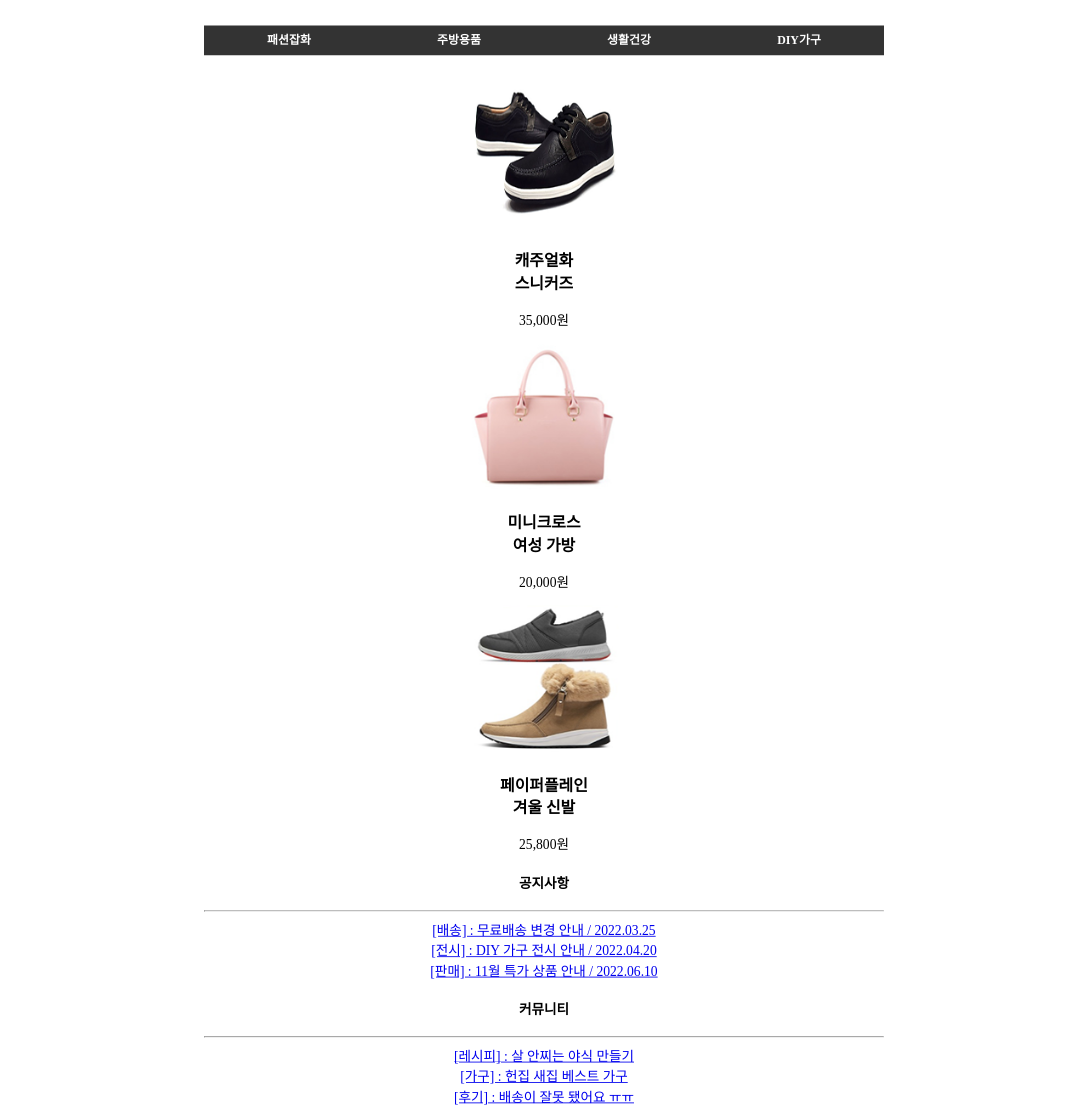
Repository: dudadab/Hhyundaiezwel_Academy
Page: CSS01/src/main/webapp/cssEx.html
These files come from the project's save history. The page is drawn as it stood at one moment and after the next save; the edit follows.
The browser window is 1280 px wide. The pictures show the whole page, at 85% of full size.

Above is the page before, as saved 2025-07-02 07:48:23.

After the next save:
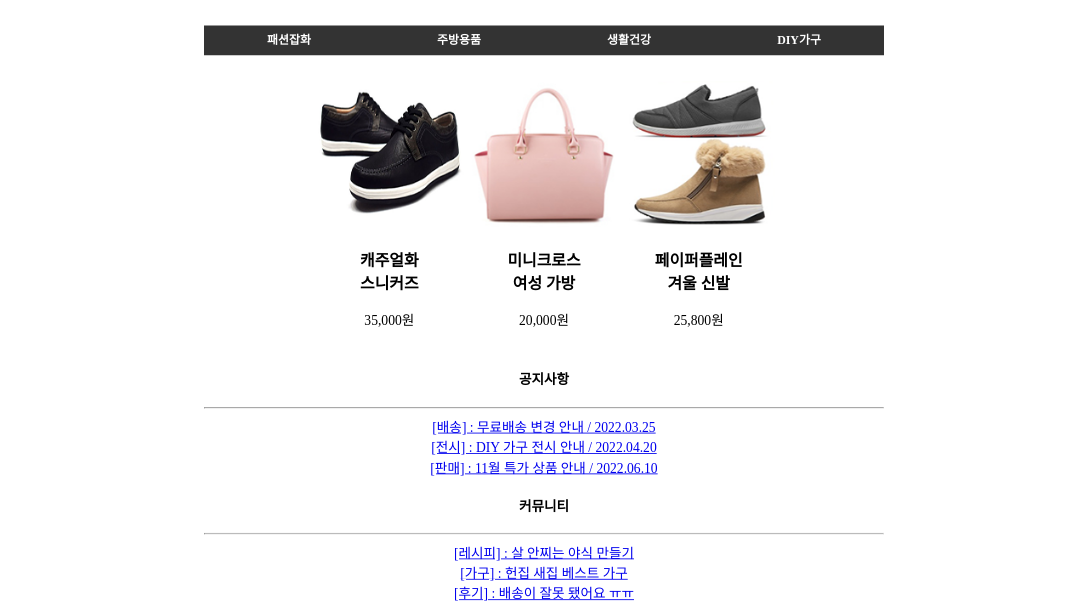
Saved 21 min 32 s later.
--- a/CSS01/src/main/webapp/cssEX.css
+++ b/CSS01/src/main/webapp/cssEX.css
@@ -42,4 +42,14 @@
 	color:red;
 	text-decoration:underline;
 	background-color:black;
+
 }
+
+#productBox {
+	margin-bottom:30px;
+
+}
+
+#productBox div {
+	display:inline-block;
+}
